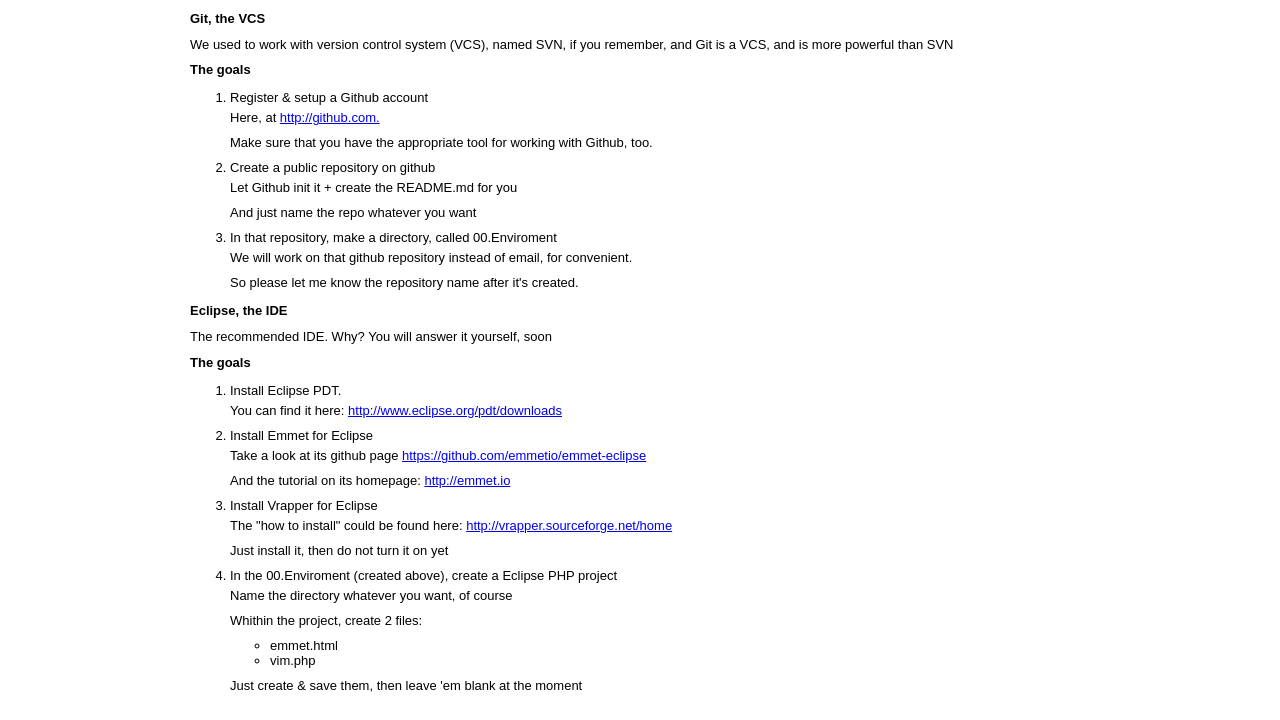
Repository: mrdo2010vn/00.enviroment
Page: 00.TestingEnviroment/emmet.html
The author's editor kept a copy of each file at every save. The page is drawn from the files as they stood at one save, then again after the next save.
The browser window is 1280 px wide. The pictures show the whole page.

Above is the page before, as saved 2013-09-25 08:45:40.

### 00.TestingEnviroment/emmet.html
<!DOCTYPE html PUBLIC "-//W3C//DTD HTML 4.01 Transitional//EN" "http://www.w3.org/TR/html4/loose.dtd">
<html>
<head>
<meta http-equiv="Content-Type" content="text/html; charset=UTF-8">
<link rel="stylesheet" href="css/style.css" />
<title>00.Enviroment</title>
</head>
<body>
	<div class="part">
		<div class="title">
			<h2><span class="underscore">Git</span>, the VCS</h2>
			<p>We used to work with version control system (VCS), named SVN, if you remember, and Git is a VCS, and is more powerful than SVN</p>
		</div><!-- END .title -->
		<div class="content">
			<h2>The goals</h2>
			<ol>
				<li><span class="italic">Register & setup a Github account</span>
					<blockquote>
						<p>Here, at <a href="http://github.com">http://github.com.</a></p>
						<p>Make sure that you have the appropriate tool for working with Github, too.</p>
					</blockquote>
				</li>

				<li><span class="italic">Create a public repository on github</span>
					<blockquote>
						<p>Let Github init it + create the <span class="bold">README.md</span> for you</p>
						<p>And just name the repo whatever you want</p>
					</blockquote>
				</li>
				<li><span class="italic">In that repository, make a directory, called</span> <span class="bold italic">00.Enviroment</span>
					<blockquote>
						<p>We will work on that github repository instead of email, for convenient.</p>
						<p>So please let me know the repository name after it's created.</p>
					</blockquote>
				</li>
			</ol>
		</div><!-- END .content -->
	</div><!-- END .part -->

	<div class="part">
		<div class="title">
			<h2><span class="underscore">Eclipse</span>, the IDE</h2>
			<p>The recommended IDE. Why? You will answer it yourself, soon</p>
		</div><!-- END .title -->
		<div class="content">
			<h2>The goals</h2>
			<ol>
				<li><span class="italic">Install Eclipse PDT.</span>
					<blockquote>
						<p>You can find it here: <a href="http://www.eclipse.org/pdt/downloads">http://www.eclipse.org/pdt/downloads</a></p>
					</blockquote>
				</li>

				<li><span class="italic">Install Emmet for Eclipse</span>
					<blockquote>
						<p>Take a look at its github page <a href="https://github.com/emmetio/emmet-eclipse">https://github.com/emmetio/emmet-eclipse</a></p>
						<p>And the tutorial on its homepage: <a href="http://emmet.io">http://emmet.io</a></p>
					</blockquote>
				</li>
				<li><span class="italic">Install Vrapper for Eclipse</span>
					<blockquote>
						<p>The "how to install" could be found here: <a href="http://vrapper.sourceforge.net/home">http://vrapper.sourceforge.net/home</a></p>
						<p>Just install it, then <span class="bold">do not turn it on</span> yet</p>
					</blockquote>
				</li>
				<li><span class="italic">In the <span class="bold">00.Enviroment</span> (created above), create a Eclipse PHP project</span>
					<blockquote>
						<p>Name the directory whatever you want, of course</p>
						<p>Whithin the project, create 2 files:
							<ul>
								<li class="bold">emmet.html</li>
								<li class="bold">vim.php</li>
							</ul>
						</p>
						<p>Just create & save them, then leave 'em blank at the moment</p>
					</blockquote>
				</li>
			</ol>
		</div><!-- END .content -->
	</div><!-- END .part -->
</body>
</html>

### 00.TestingEnviroment/css/style.css
@CHARSET "UTF-8";

/* =============== HTML DEFAULT =============== */
html, body {
    margin: 0;
    padding: 0;
}
p, pre, blockquote{
    padding: 0;
    margin: 5px 0 10px 0;
}
html {
    font-size: 100%;
}
* {
	font-family: "Arial", sans-serif;
	font-size: 13px;
}

/* ================ PART ================ */
.part {
	width: 900px;
	margin: 0 auto;
}

After the next save:
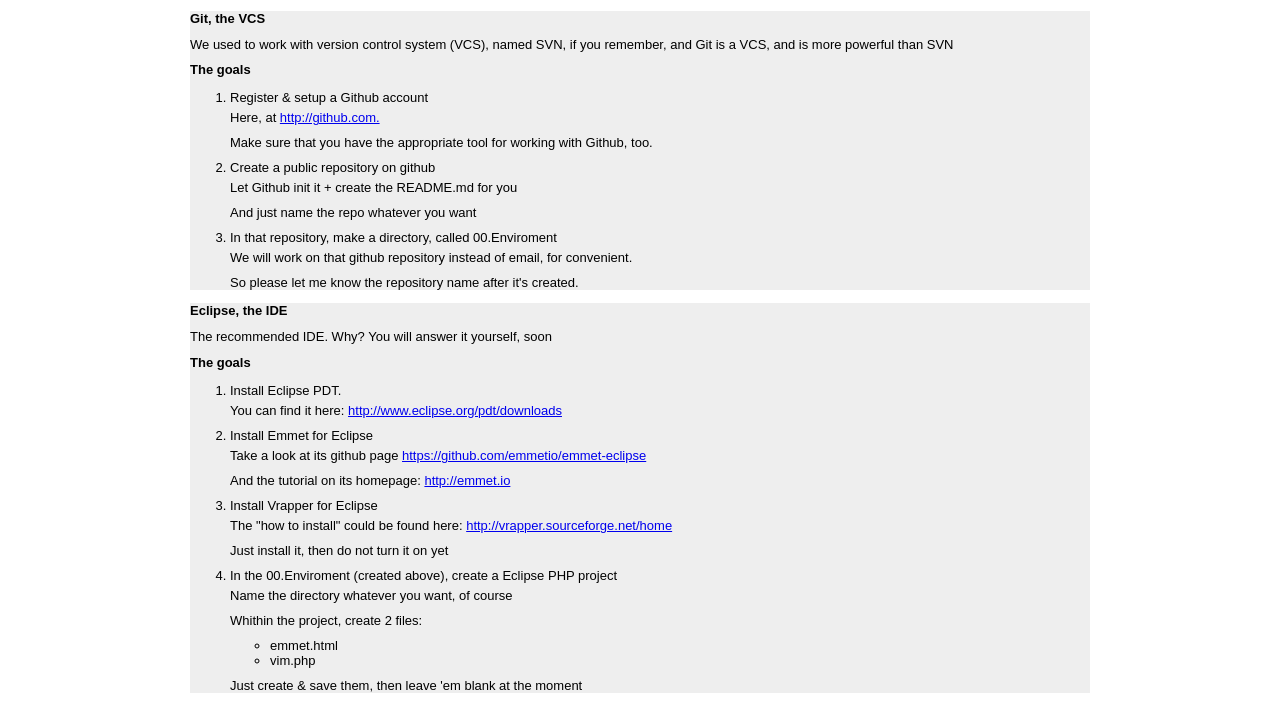
Saved 44 s later.
--- a/00.TestingEnviroment/css/style.css
+++ b/00.TestingEnviroment/css/style.css
@@ -21,4 +21,5 @@
 .part {
 	width: 900px;
 	margin: 0 auto;
+	background: #EEEEEE;
 }
